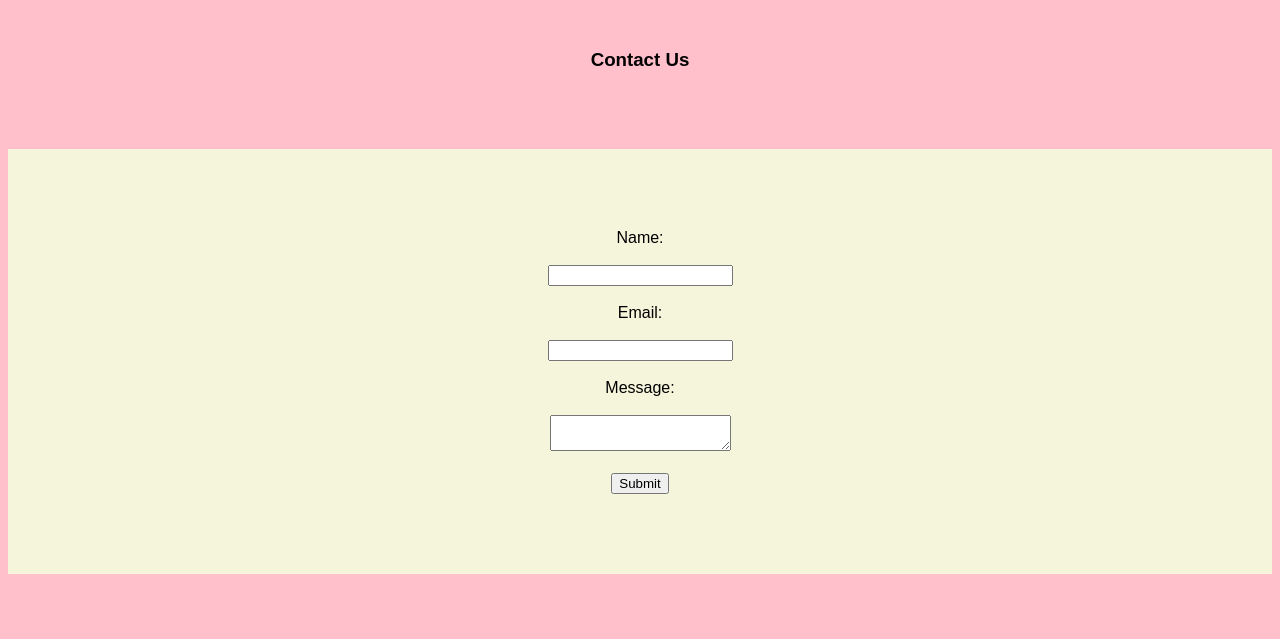
Repository: Shivamkr522/Contact_Us_Page
Page: http://localhost/serlvet/contactus.jsp
These files come from the project's save history. The page is drawn as it stood at one moment and after the next save; the edit follows.
The browser window is 1280 px wide. The pictures show the whole page.
The page is served by Tomcat 9. Other server files are loaded and not shown.

Above is the page before, as saved 2022-12-11 21:40:53.

### serlvet/src/main/webapp/contactus.jsp
<%@ page language="java" contentType="text/html; charset=UTF-8"
    pageEncoding="UTF-8"%>
<!DOCTYPE html>
<html>
<head>
<meta charset="UTF-8">
<title>Contact Us</title>
<style>

* {
  font-family: Arial, Helvetica, sans-serif;
}
body{
 background-color: pink;
}
h3{
text-align: center;
padding-top: 30px;
padding-bottom: 60px;
}

form{
display: block;
flex-direction: column;
text-align: center;
background-color: beige;
padding: 5rem 0;
}

#label{

display: flex;
	flex-direction: column;

}



</style>

</head>
<body>
<h3>Contact Us</h3>
<div id="contactform">
	<form  action="contactus" method="post">
		<label id="label">Name:</label><br><input type="text" name="name"><br><br>
		<label id="label">Email:</label><br><input type="email" name="email" ><br><br>
		<label id="label">Message:</label><br><textarea  name="message"></textarea><br><br>
		<input type="Submit">
	</form>
</div>
</body>
</html>

Loaded but not shown: serlvet/src/main/webapp/contactus.css (common file)

After the next save:
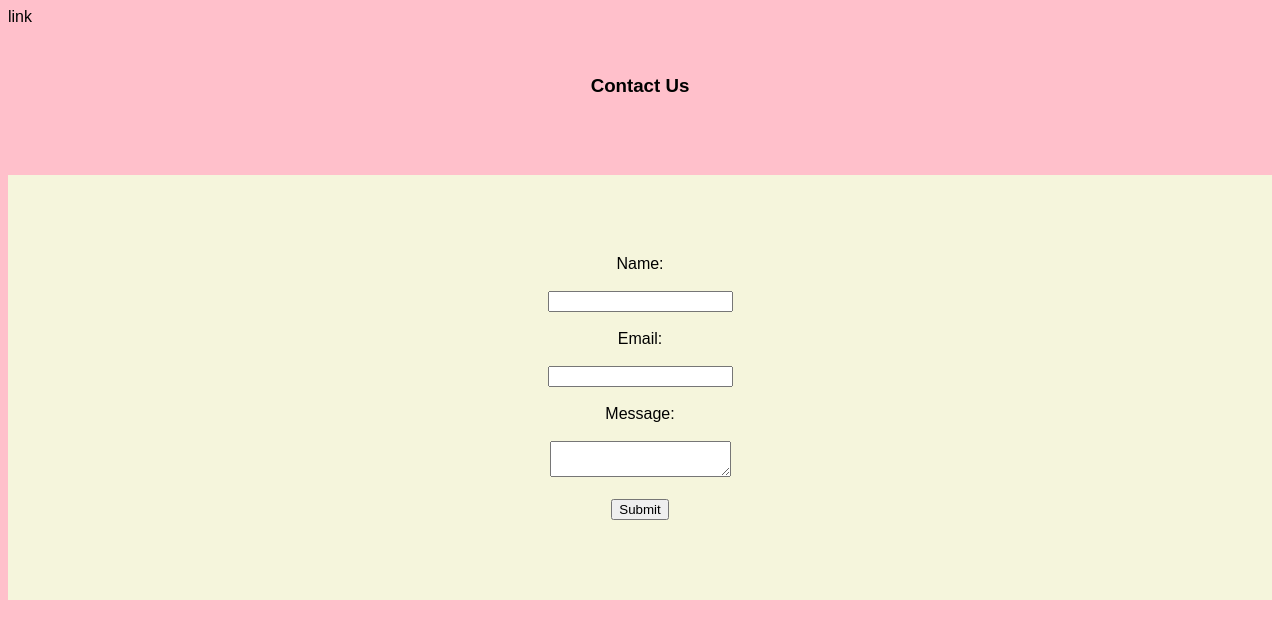
Saved 16 s later.
--- a/serlvet/src/main/webapp/contactus.jsp
+++ b/serlvet/src/main/webapp/contactus.jsp
@@ -37,7 +37,7 @@
 
 
 </style>
-
+link<link rel="stylesheet" type="text/css" href="contactus.css">
 </head>
 <body>
 <h3>Contact Us</h3>

After the save that followed:
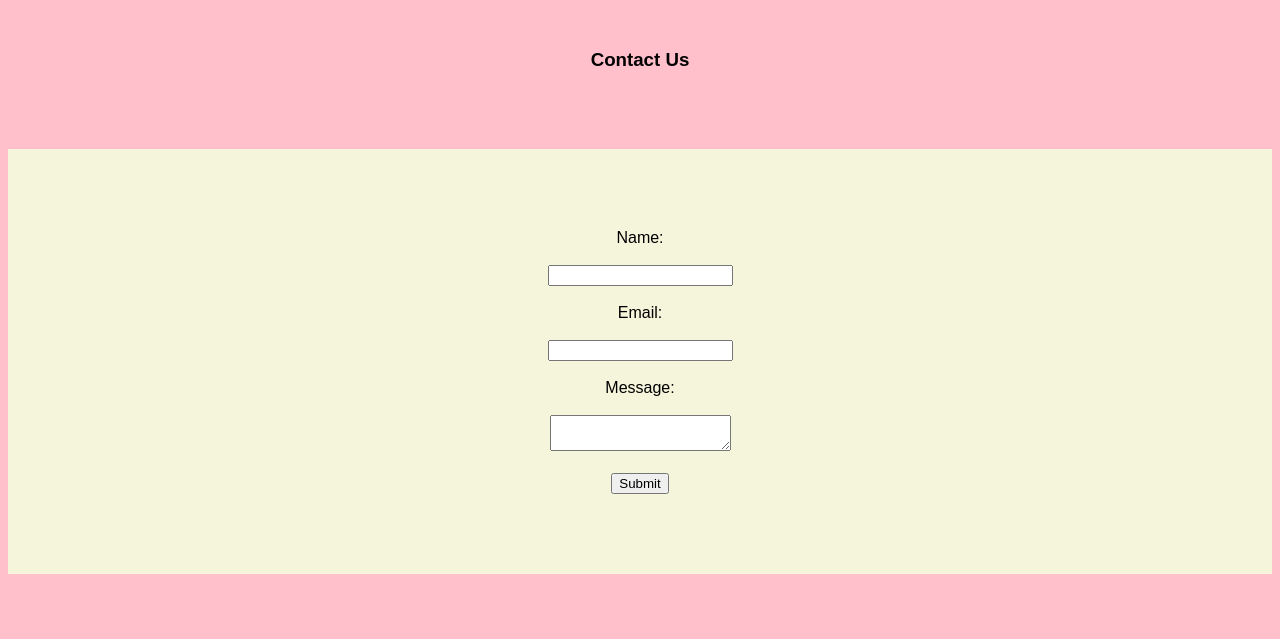
Saved 5 s later.
--- a/serlvet/src/main/webapp/contactus.jsp
+++ b/serlvet/src/main/webapp/contactus.jsp
@@ -37,7 +37,7 @@
 
 
 </style>
-link<link rel="stylesheet" type="text/css" href="contactus.css">
+<link rel="stylesheet" type="text/css" href="contactus.css">
 </head>
 <body>
 <h3>Contact Us</h3>
